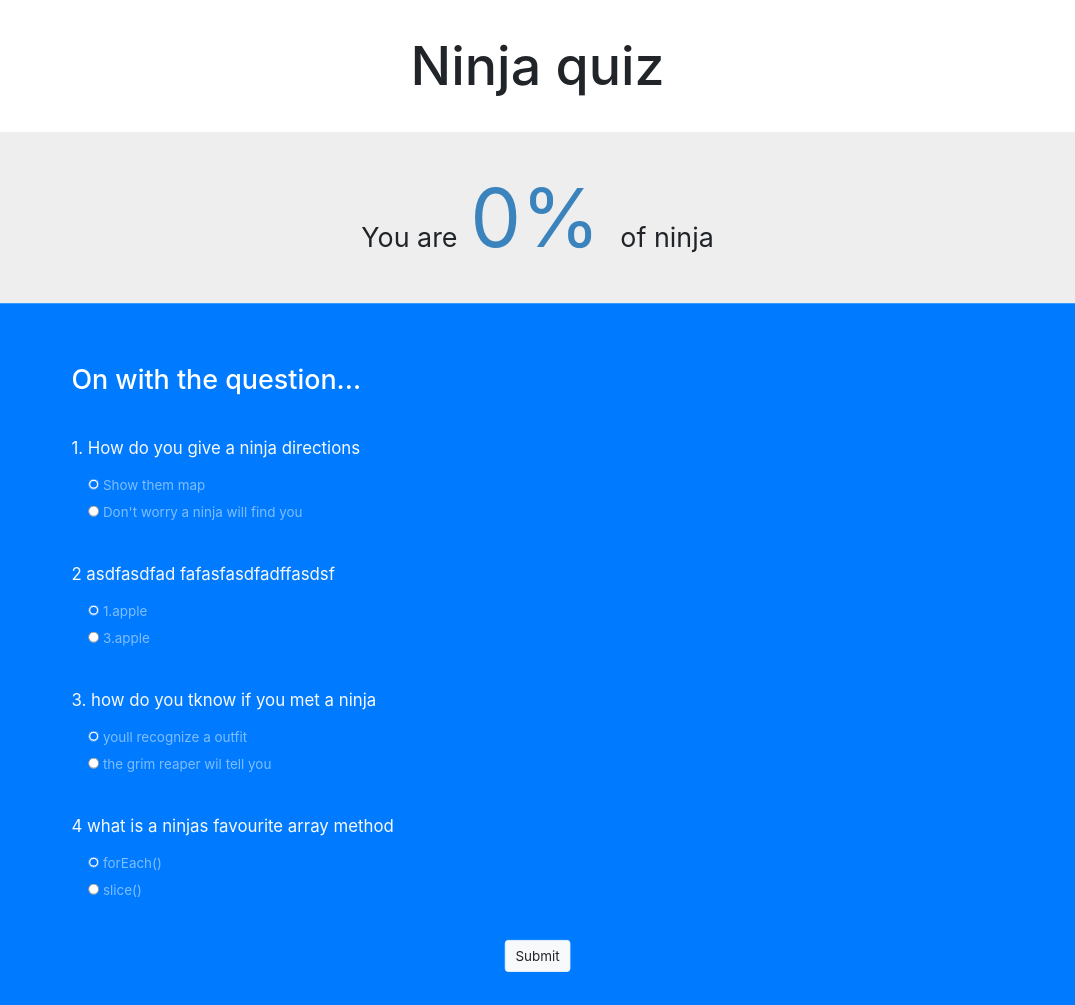
Repository: ajgors/config
Page: Nauka Js/Projekty/Quiz/index.html
The author's editor kept a copy of each file at every save. The page is drawn from the files as they stood at one save, then again after the next save.
The browser window is 1280 px wide. The pictures show the whole page, at 84% of full size.

Above is the page before, as saved 2019-08-11 18:21:55.

### Nauka Js/Projekty/Quiz/index.html
<!DOCTYPE html>
<html lang="en">

<head>
    <meta charset="UTF-8">
    <meta name="viewport" content="width=device-width, initial-scale=1.0">
    <meta http-equiv="X-UA-Compatible" content="ie=edge">
    <title>Document</title>
    <link rel="stylesheet" href="https://stackpath.bootstrapcdn.com/bootstrap/4.3.1/css/bootstrap.min.css"
        integrity="sha384-ggOyR0iXCbMQv3Xipma34MD+dH/1fQ784/j6cY/iJTQUOhcWr7x9JvoRxT2MZw1T" crossorigin="anonymous">
        <link rel="stylesheet" href="css.css">
</head>

<body>
    <!-- Header -->
    <!-- <div class="intro py-3 bg-white text-center">
        <div class="container">
            <h2 class="text-primary display-3 my-4">Ninja Quiz</h2>
        </div>
    </div> -->

    <header class="header">
        <h1 class="header__title">Ninja quiz</h1>
    </header>

    <!-- Result -->
    <!-- <div class="result py-4 d-none bg-light text-center">
        <div class="container lead">
            <p>You are <span class="text-primary display-4 p-3">0%</span>Ninja</p>
        </div>
    </div> -->

    <div class="result">
        <p class="result__paragraph">You are<span class="result__span">0%</span> of ninja</p>
    </div>

    <!-- Form -->
    <div class="quiz py-4 bg-primary">
        <div class="container">
            <h2 class="my-5 text-white">On with the question...</h2>
            <form action="" class="quiz-form text-light">
                <div class="my-5">
                    <p class="lead font-weight-normal">1. How do you give a ninja directions</p>
                    <div class="form-check my-2 text-white-50">
                        <input type="radio" name='q1' value='A' checked>
                        <label for="" class="form-check-label">Show them map</label>
                    </div>
                    <div class="form-check my-2 text-white-50">
                        <input type="radio" name='q1' value='B'>
                        <label for="" class="form-check-label">Don't worry a ninja will find you</label>
                    </div>
                </div>
                <div class="my-5">
                    <p class="lead font-weight-normal">2 asdfasdfad fafasfasdfadffasdsf</p>
                    <div class="form-check my-2 text-white-50">
                        <input type="radio" name='q2' value='A' checked>
                        <label for="" class="form-check-label">1.apple</label>
                    </div>
                    <div class="form-check my-2 text-white-50">
                        <input type="radio" name='q2' value='B'>
                        <label for="" class="form-check-label">3.apple</label>
                    </div>
                </div>
                <div class="my-5">
                    <p class="lead font-weight-normal">3. how do you tknow if you met a ninja</p>
                    <div class="form-check my-2 text-white-50">
                        <input type="radio" name='q3' value='A' checked>
                        <label for="" class="form-check-label">youll recognize a outfit</label>
                    </div>
                    <div class="form-check my-2 text-white-50">
                        <input type="radio" name='q3' value='B'>
                        <label for="" class="form-check-label">the grim reaper wil tell you</label>
                    </div>
                </div>
                <div class="my-5">
                    <p class="lead font-weight-normal">4 what is a ninjas favourite array method</p>
                    <div class="form-check my-2 text-white-50">
                        <input type="radio" name='q4' value='A' checked>
                        <label for="" class="form-check-label">forEach()</label>
                    </div>
                    <div class="form-check my-2 text-white-50">
                        <input type="radio" name='q4' value='B'>
                        <label for="" class="form-check-label">slice()</label>
                    </div>
                </div>
                <div class="text-center">
                    <input type="submit" class='btn btn-light'>
                </div>
            </form>
        </div>


        <div class="xd">
            <p class="xd"></p>
        </div>
    </div>

    <script src="js.js"></script>
</body>

</html>

### Nauka Js/Projekty/Quiz/css.css
*{
    margin: 0;
    padding: 0;
}

.header__title{
    text-align: center;
    margin:  40px auto;
    font-size: 4em;
}

.result{
    background-color: #eee;
}
.result__paragraph{
    text-align: center;
    padding: 30px;
    margin: 0;
    font-size: 2em
}
.result__span{
    font-size: 3em;
    padding: 15px;
    color:#3b83bd;
}

### Nauka Js/Projekty/Quiz/js.js




const form = document.querySelector('.quiz-form');
const result = document.querySelector('.result');
const correctAnswers = ['B','B','B','B'];
const spanResult = document.querySelector('span');

form.addEventListener('submit', e=>{
    e.preventDefault();

    //check answer
    let score = 0;
    const userAnswers = [form.q1.value, form.q2.value, form.q3.value, form.q4.value];

    userAnswers.forEach((answer, index) =>{
        if(answer === correctAnswers[index]){
            score += 25;
        }
    });

    scrollTo(0,0)
    result.classList.remove('d-none');
    // spanResult.textContent = `${score}%`

    let output = 0;
    const timer = setInterval(()=>{
        spanResult.textContent = `${output}%`
        if(output === score){
            clearInterval(timer);
        } else {
            output++;
        }
    })


})

After the next save:
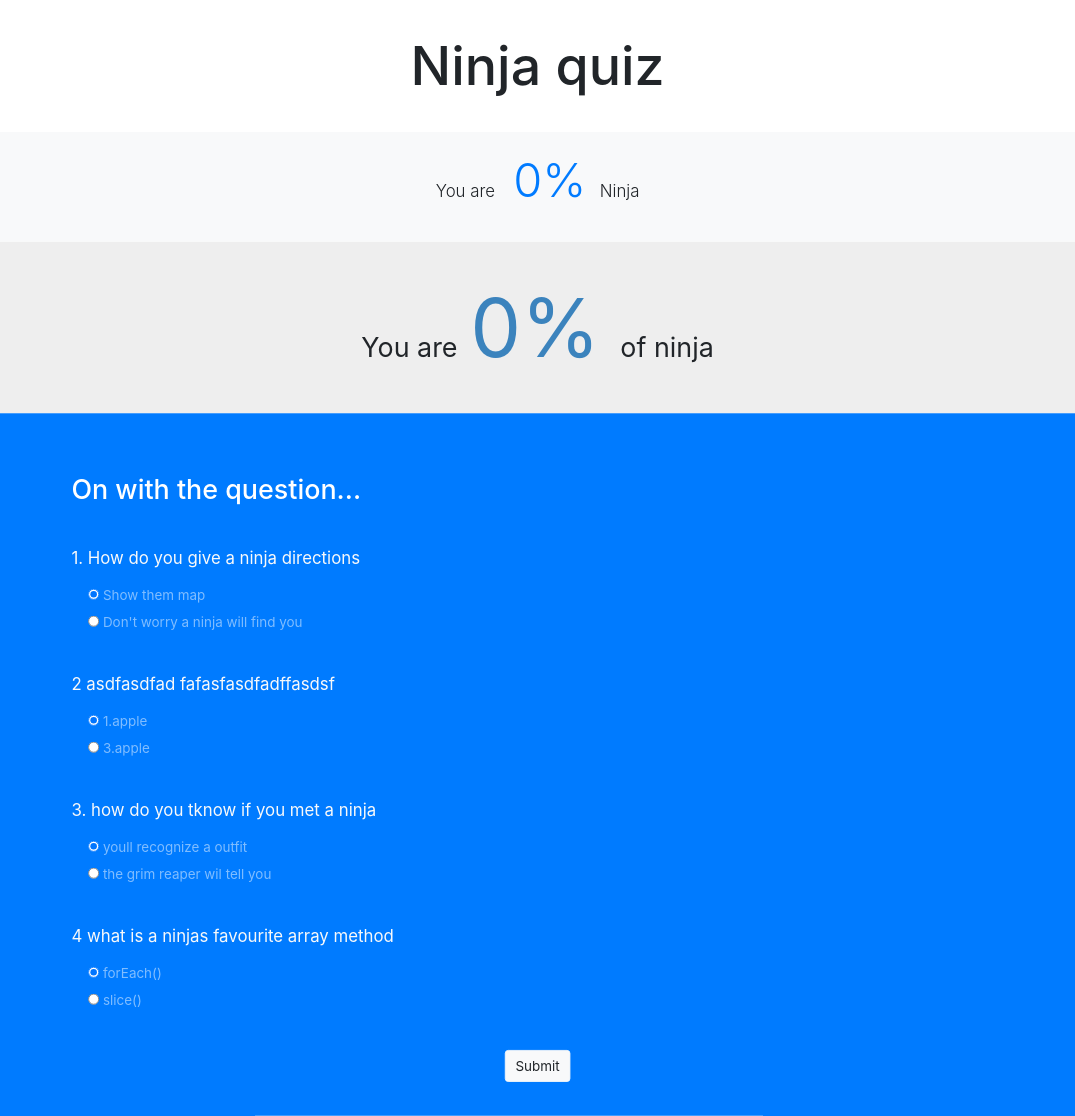
Saved 38 s later.
--- a/Nauka Js/Projekty/Quiz/index.html
+++ b/Nauka Js/Projekty/Quiz/index.html
@@ -24,11 +24,11 @@
     </header>
 
     <!-- Result -->
-    <!-- <div class="result py-4 d-none bg-light text-center">
+    <div class="result py-4  bg-light text-center">
         <div class="container lead">
             <p>You are <span class="text-primary display-4 p-3">0%</span>Ninja</p>
         </div>
-    </div> -->
+    </div>
 
     <div class="result">
         <p class="result__paragraph">You are<span class="result__span">0%</span> of ninja</p>
